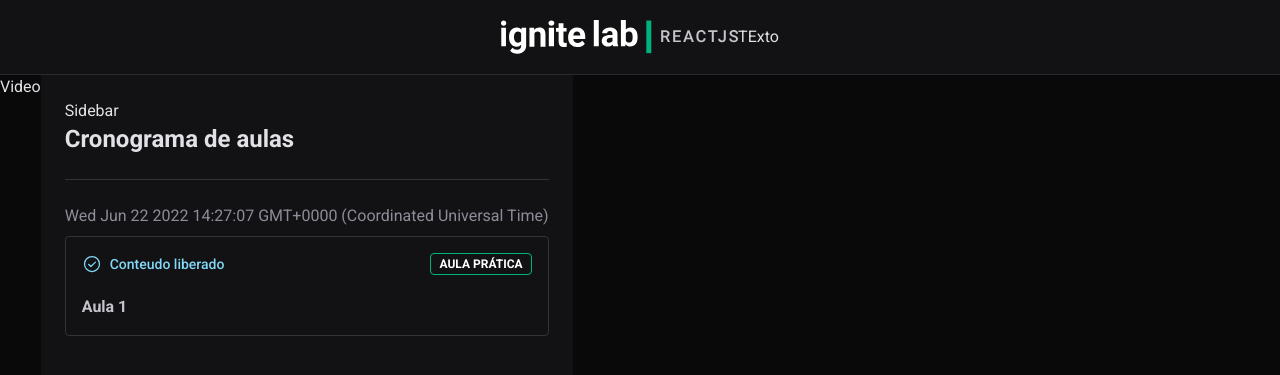
Repository: weltergab/Event_Plataform-IgniteLab
Page: /
An editor plug-in stored every save of this project. The page is shown before and after the next save, followed by the edit.
The browser window is 1280 px wide. The pictures show the whole page.
The page's requests for data from a server got no answer. The project was rebuilt for these pictures with package versions that can differ from the ones it lists, and the page was loaded fresh each time. No one was signed in, and anything a server would have sent is missing. Also part of the build but not shown: vite.config.ts.

Above is the page before, as saved 2022-06-24 17:16:21.

After the next save:
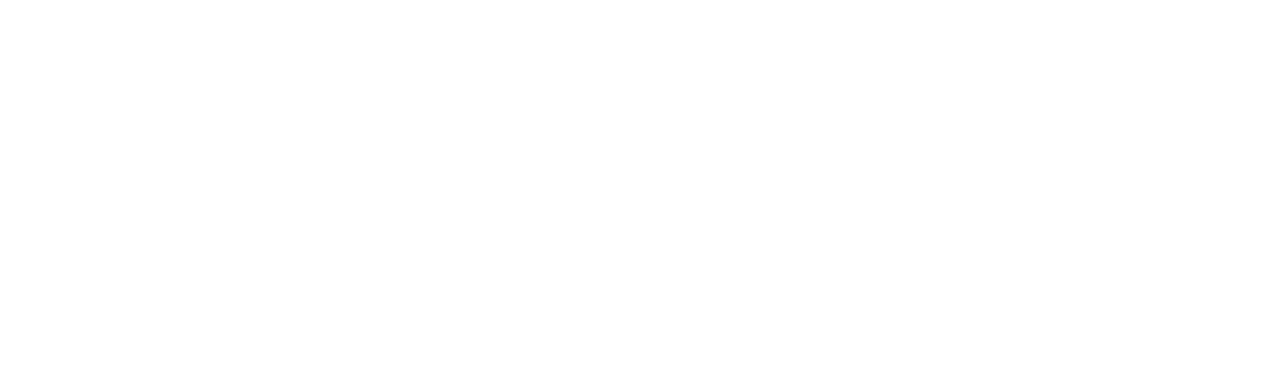
Console error: ReferenceError: gql is not defined
Saved 3 min 25 s later.
--- a/src/components/Sidebar.tsx
+++ b/src/components/Sidebar.tsx
@@ -1,4 +1,12 @@
 import { Lesson } from "./Lesson";
+
+const GET_LESSONS_QUERY = gql`
+    query {
+        lessons(orderBy: availableAt_ASC, stage: PUBLISHED){
+
+        }
+    }
+`
 
 export function Sidebar() {
     return (

After the 2 saves that followed:
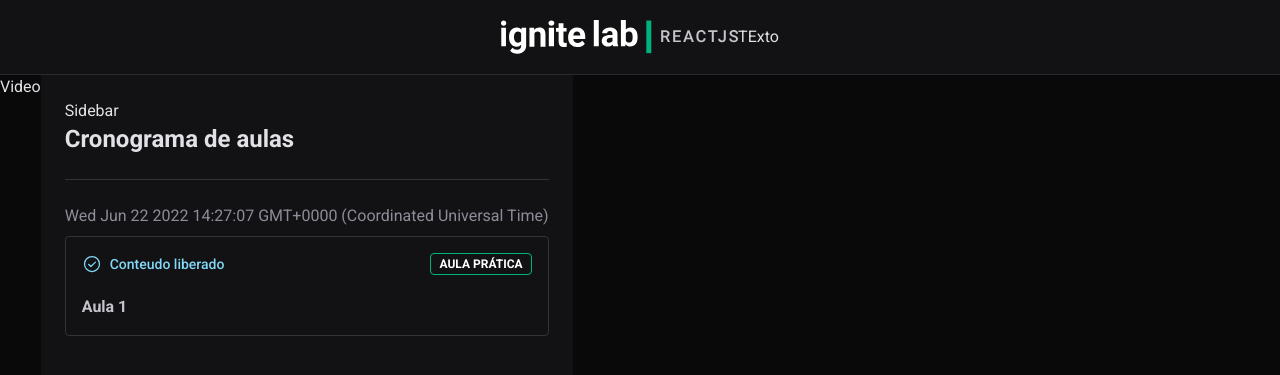
The error is gone.
The 2 saves are shown as one change because 1 left the picture as it was.
The last was saved 3 min 51 s later.
--- a/src/components/Sidebar.tsx
+++ b/src/components/Sidebar.tsx
@@ -1,9 +1,14 @@
+import { gql } from '@apollo/client'
 import { Lesson } from "./Lesson";
 
 const GET_LESSONS_QUERY = gql`
     query {
         lessons(orderBy: availableAt_ASC, stage: PUBLISHED){
-
+            id
+            lessonType
+            availableAt
+            title
+            slug
         }
     }
 `
